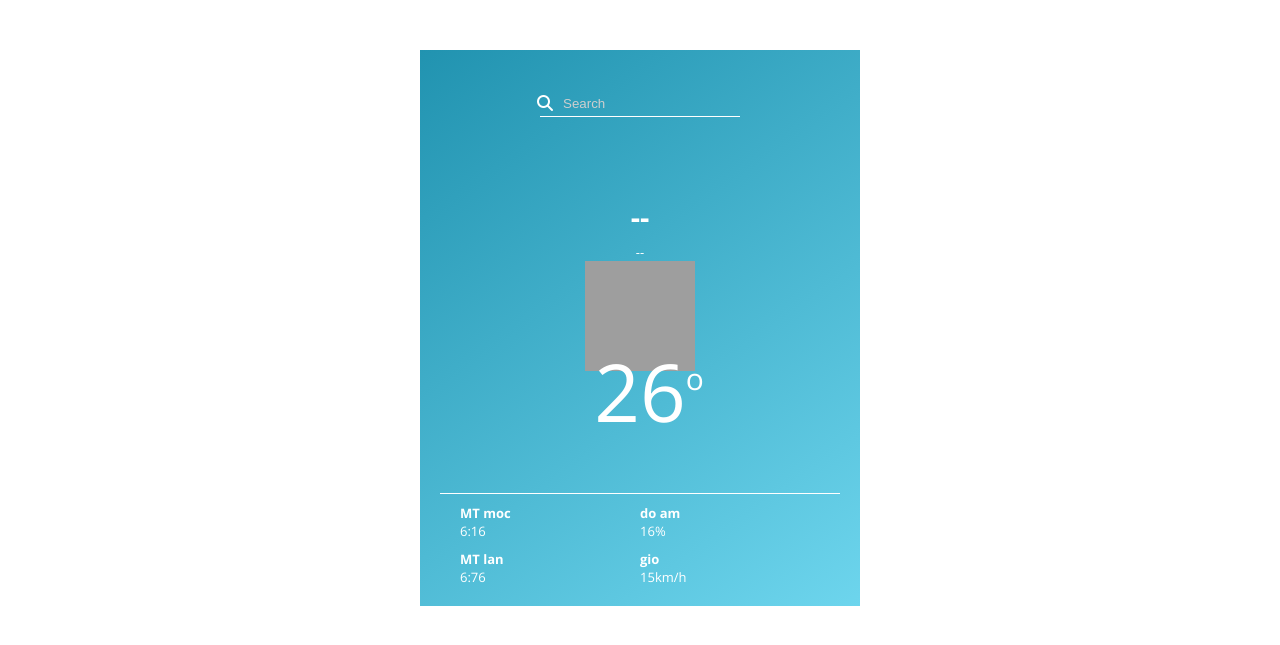
Repository: tienbkvn0605/weatherApp
Page: index.html
The author's editor kept a copy of each file at every save. The page is drawn from the files as they stood at one save, then again after the next save.
The browser window is 1280 px wide. The pictures show the whole page.
Pictures or frames that could not be fetched are drawn as grey boxes.

Above is the page before, as saved 2022-10-09 00:09:08.

After the next save:
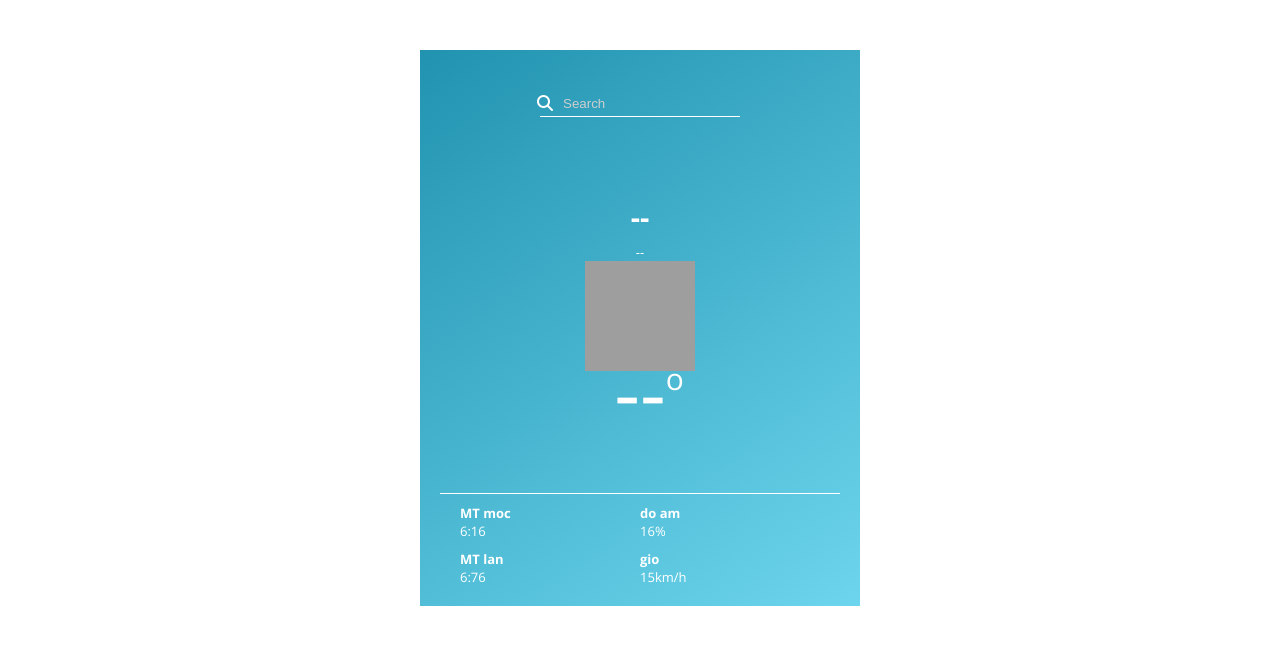
Saved 5 s later.
--- a/index.html
+++ b/index.html
@@ -40,7 +40,7 @@
             alt="weather icon"
             class="weather-icon"
           />
-          <p class="temperature">26</p>
+          <p class="temperature">--</p>
         </div>
       </div>
       <div class="additional-section">
